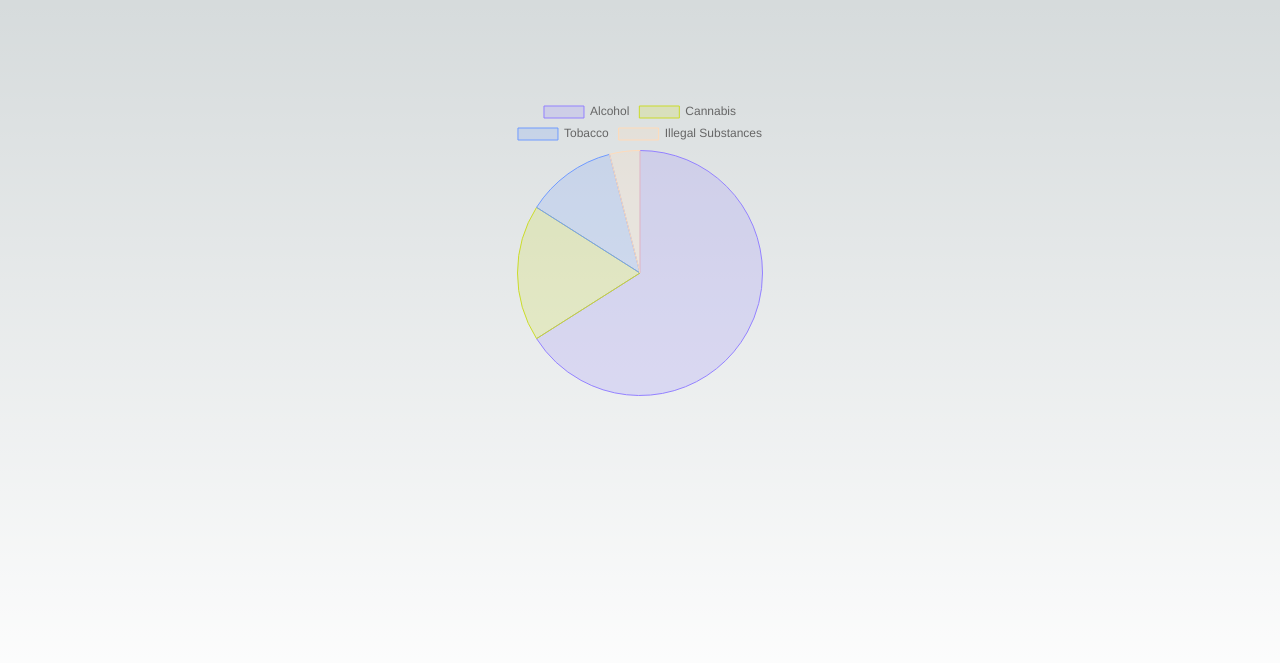
Repository: olivia-sk/MDIA-2109-2106-Big-Project
Page: /
The author's editor kept a copy of each file at every save. The page is drawn from the files as they stood at one save, then again after a run of saves.
The browser window is 1280 px wide. The pictures show the whole page.
The project was rebuilt for these pictures with package versions that can differ from the ones it lists, and the page was loaded fresh each time. The framework's server and built-in components were replaced by stand-ins that run in the browser. Also part of the build but not shown: next.config.js.

Above is the page before, as saved 2023-04-03 11:21:55.

### pages/index.js
import Head from 'next/head'
import Image from 'next/image'
import styles from '@/styles/Home.module.css'
import Pie from '@/components/PieChart'


export default function Home() {
  return (
    <>
      <Head>
        <title>Create Next App</title>
        <meta name="description" content="Generated by create next app" />
        <meta name="viewport" content="width=device-width, initial-scale=1" />
        <link rel="icon" href="/favicon.ico" />
      </Head>
      <main className={styles.main}>
        <Pie/>
      </main>
    </>
  )
}

### components/PieChart/index.js
import React from 'react';
import { Chart as ChartJS, ArcElement, Tooltip, Legend } from 'chart.js';
import { Pie } from 'react-chartjs-2';
import styles from '@/components/PieChart/PieChart.module.css'

ChartJS.register(ArcElement, Tooltip, Legend);

export const data = {
  labels: ['Alcohol', 'Cannabis', 'Tobacco', 'Illegal Substances'],
  datasets: [
    {
      label: '% of Household Users',
      data: [66, 18, 12, 4,],
      backgroundColor: [
        'rgba(147, 129, 255, 0.2)',
        'rgba(202, 219, 42, 0.2)',
        'rgba(111, 154, 255, 0.2)',
        'rgba(255, 218, 185, 0.2)',
      ],
      borderColor: [
        'rgba(147, 129, 255, 1)',
        'rgba(202, 219, 42, 1)',
        'rgba(111, 154, 255, 1)',
        'rgba(255, 218, 185, 1)',
      ],
      borderWidth: 1,
    },
  ],
};

export default function App() {
  return (
    <div className={styles.pie}>
        <Pie data={data} />
    </div>
  )
}

### components/PieChart/PieChart.module.css
.pie {
    width: 300px;
    height: 300px;
}

### components/Button/index.js
import React from 'react';
import styles from '@/components/Button/Button.module.css'

export default function App() {
  return (
    <>
    <div>

    </div>
    </>
  )
}

### components/YesButton/Button.module.css
.button {
  display: flex;
  color: rgb(147, 129, 255);
  background: transparent;
  border: solid 2px rgb(147, 129, 255);
  width: 140px;
  height: 45px;
  border-radius: 100px;
  justify-content: center;
  align-items: center;
  font-weight: 600;
  font-family: 'Montserrat', sans-serif;
}

.link {
  text-decoration: none;
  color: rgb(147, 129, 255);
  display: flex;
}

.link:hover {
  color: white;

}

.button:hover {
  border: white;
  color: white;
  background-color: rgb(147, 129, 255);
  cursor: pointer;
}

.button:hover .link {
  color: white; /* This line makes the link text turn white when hovering the button */
}

Loaded but not shown: pages/_app.js (common file); pages/_document.js (common file); styles/globals.css (common file); styles/Home.module.css (common file)

After the next 3 saves:
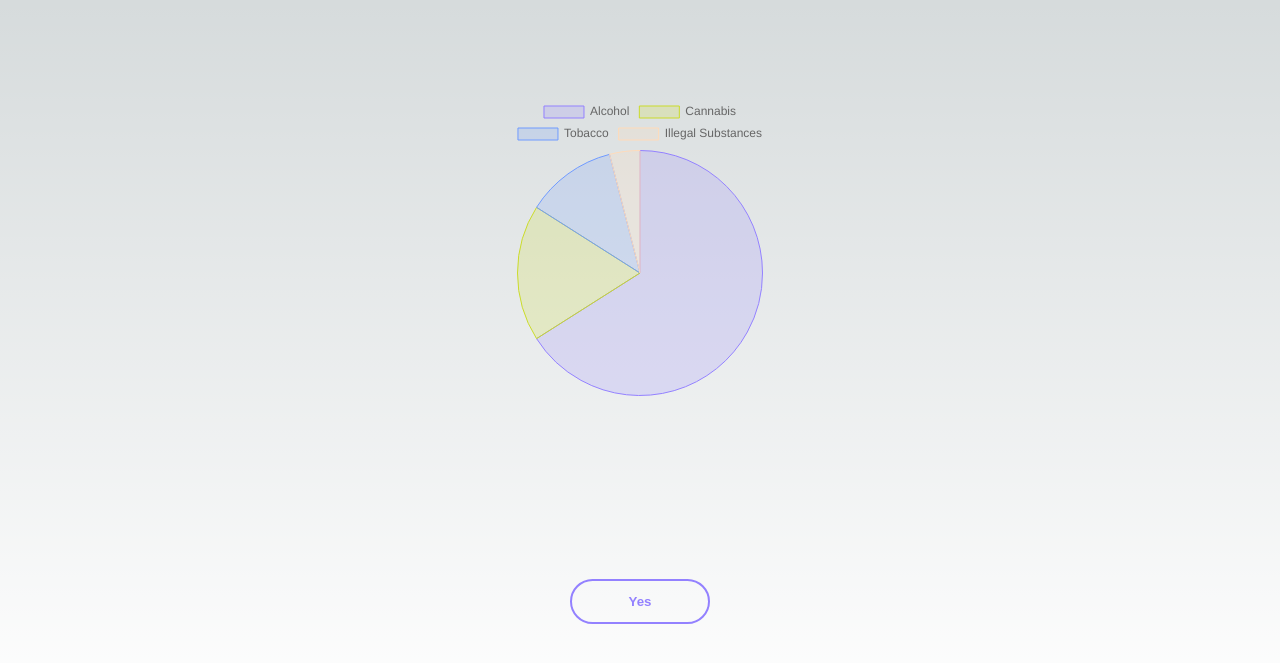
The 3 saves are shown as one change because 2 did not build or start.
The last was saved 25 min 10 s later.
--- a/pages/index.js
+++ b/pages/index.js
@@ -2,6 +2,7 @@
 import Image from 'next/image'
 import styles from '@/styles/Home.module.css'
 import Pie from '@/components/PieChart'
+import Button from '@/components/Button'
 
 
 export default function Home() {
@@ -15,6 +16,7 @@
       </Head>
       <main className={styles.main}>
         <Pie/>
+        <Button/>
       </main>
     </>
   )
--- a/components/Button/index.js
+++ b/components/Button/index.js
@@ -5,7 +5,7 @@
   return (
     <>
     <div>
-
+        <button className={styles.button}>Yes</button>
     </div>
     </>
   )
